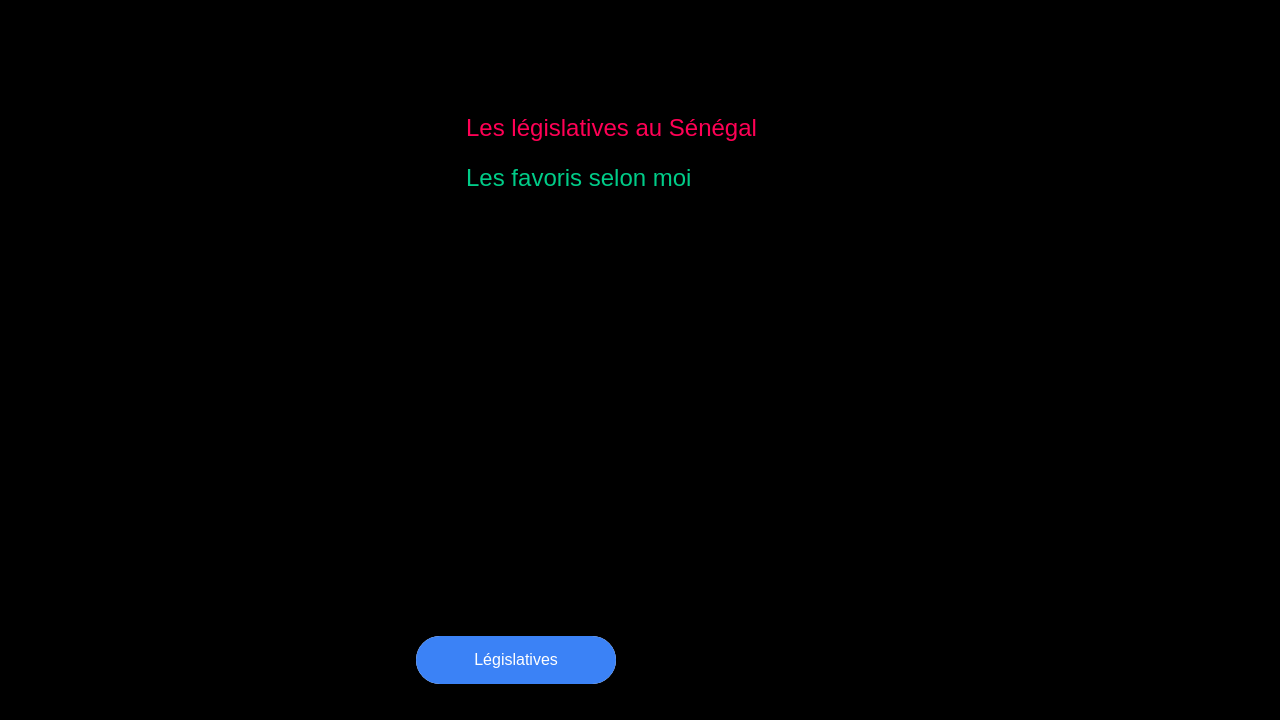
Repository: MDiouf9/legislatives
Page: /
These files come from the project's save history. The page is drawn as it stood at one moment and after the next save; the edit follows.
The browser window is 1280 px wide. The pictures show the whole page.
The project was rebuilt for these pictures with package versions that can differ from the ones it lists, and the page was loaded fresh each time. The framework's server and built-in components were replaced by stand-ins that run in the browser. Also part of the build but not shown: next.config.ts.

Above is the page before, as saved 2024-10-31 23:23:04.

### src/app/layout.tsx
import type { Metadata } from "next";
import localFont from "next/font/local";
import "./globals.css";


const geistSans = localFont({
  src: "./fonts/GeistVF.woff",
  variable: "--font-geist-sans",
  weight: "100 900",
});
const geistMono = localFont({
  src: "./fonts/GeistMonoVF.woff",
  variable: "--font-geist-mono",
  weight: "100 900",
});

export const metadata: Metadata = {
  title: "Legislatives 2024",
  description: " Pour mettre en avant les legislatives ",
};

export default function RootLayout({
  children,
}: Readonly<{
  children: React.ReactNode;
}>) {
  return (
    <html lang="en">
      <body
        className={`${geistSans.variable} ${geistMono.variable} antialiased`}
      >
        {children}
      </body>
    </html>
  );
}

### src/app/page.tsx
"use client"

import { div } from "framer-motion/client"
import { Boutton } from "./Composants/Boutton"
import Text from "./Composants/Text";


export default function Page() {
  return (


  <div className="flex justify-center items-center min-h-screen">

   <div className="max-w-md ">
     <Text/>

    <Boutton/>
   </div>

  </div>
   )
}

### src/app/globals.css
@tailwind base;
@tailwind components;
@tailwind utilities;

/* :root {
  --background: #ffffff;
  --foreground: #171717;
}

@media (prefers-color-scheme: dark) {
  :root {
    --background: #0a0a0a;
    --foreground: #ededed;
  }
} */

body {
  /* color: var(--foreground);*/
  background: black;
  font-family: Arial, Helvetica, sans-serif;
}

### src/app/Composants/Boutton.tsx
import React, { useState } from 'react';
import { AnimatePresence, motion } from 'framer-motion';
import { X } from 'lucide-react';

interface Logo {
  id: number;
  src: string;
  photo: string;
  shadowColor: string; // Ajout de la couleur d'ombre personnalisée
}

const logos: Logo[] = [
  {
    id: 1,
    src: '/pastef.jpg',
    photo: '/soko.jpg',
    shadowColor: 'rgba(59, 130, 246, 0.5)' // Bleu
  },
  {
    id: 2,
    src: '/jame.jpg',
    photo: '/amaba.jpg',
    shadowColor: 'rgba(16, 185, 129, 0.5)' // Vert
  },
  {
    id: 3,
    src: '/samekadu.jpg',
    photo: '/bandit.jpg',
    shadowColor: 'rgba(236, 72, 153, 0.5)' // Rose
  }
];

export const Boutton = () => {
  const [isRevealed, setIsRevealed] = useState(false);
  const [selectedLogo, setSelectedLogo] = useState<Logo | null>(null);

  const containerVariants = {
    initial: { width: '200px', borderRadius: '9999px' },
    revealed: { width: '100%', borderRadius: '16px', transition: { duration: 0.5, ease: 'easeInOut' } }
  };

  const logoVariants = {
    initial: { opacity: 0, x: -20 },
    revealed: { opacity: 1, x: 0, transition: { duration: 0.3 } }
  };

  const imageVariants = {
    initial: {
      opacity: 0,
      scale: 0.9,
      boxShadow: '0 0 0 rgba(0,0,0,0)'
    },
    revealed: {
      opacity: 1,
      scale: 1,
      boxShadow: '0 8px 32px', // L'ombre sera définie dynamiquement
      transition: {
        duration: 0.3,
        boxShadow: { duration: 0.4 }
      }
    },
    exit: {
      opacity: 0,
      scale: 0.9,
      boxShadow: '0 0 0 rgba(0,0,0,0)',
      transition: { duration: 0.2 }
    }
  };

  const toggleRevealed = () => {
    setIsRevealed(!isRevealed);
    setSelectedLogo(null);
  };

  const handleLogoClick = (logo: Logo) => {
    if (selectedLogo?.id === logo.id) {
      setSelectedLogo(null);
    } else {
      setSelectedLogo(logo);
    }
  };

  return (
    <div className="relative flex flex-col gap-4">
      <AnimatePresence mode="wait">
        {selectedLogo && (
          <motion.div
            key={selectedLogo.id}
            initial="initial"
            animate="revealed"
            exit="exit"
            variants={imageVariants}
            style={{
              boxShadow: `0 8px 32px ${selectedLogo.shadowColor}`
            }}
            className="w-full rounded-lg overflow-hidden"
          >
            <motion.img
              src={selectedLogo.photo}
              alt="Selected logo"
              className="w-full h-48 object-cover"
              layoutId={`photo-${selectedLogo.id}`}
            />
          </motion.div>
        )}
      </AnimatePresence>

      <motion.div
        className='bg-white shadow-lg rounded-full overflow-hidden'
        initial="initial"
        animate={isRevealed ? 'revealed' : 'initial'}
        variants={containerVariants}
      >
        {!isRevealed ? (
          <motion.button
            onClick={toggleRevealed}
            className="px-6 py-3 bg-blue-500 text-white w-full flex items-center justify-center"
            whileHover={{ scale: 1.05 }}
            whileTap={{ scale: 0.95 }}
          >
            Législatives
          </motion.button>
        ) : (
          <motion.div
            className='flex items-center space-x-4 p-4'
            initial="initial"
            animate="revealed"
            variants={logoVariants}
          >
            {logos.map((logo) => (
              <motion.div
                key={logo.id}
                onClick={() => handleLogoClick(logo)}
                className={`relative cursor-pointer transition-transform duration-200 ${
                  selectedLogo?.id === logo.id ? 'scale-110' : ''
                }`}
                whileHover={{ scale: 1.05 }}
                whileTap={{ scale: 0.95 }}
              >
                <motion.div
                  className="rounded-full"
                  style={{
                    boxShadow: selectedLogo?.id === logo.id
                      ? `0 0 12px ${logo.shadowColor}`
                      : 'none'
                  }}
                >
                  <img
                    src={logo.src}
                    alt="logo parties"
                    className='w-10 h-10 rounded-full object-cover'
                  />
                </motion.div>
              </motion.div>
            ))}
            <motion.button
              onClick={toggleRevealed}
              className="ml-auto bg-red-500 text-white p-2 rounded-full"
              whileHover={{ scale: 1.1 }}
              whileTap={{ scale: 0.95 }}
            >
              <X />
            </motion.button>
          </motion.div>
        )}
      </motion.div>
    </div>
  );
};

### src/app/Composants/Text.tsx
import React from "react";
import { motion, Variants } from "framer-motion";

// Définition des propriétés du composant AnimatedText
interface AnimatedTextProps {
  text: string;
  x: number;
  y: number;
  fontSize?: number;
  fill?: string;
  delay: number;
}

// Variants pour l'animation du texte
const drawText: Variants = {
  hidden: { opacity: 0 },
  visible: (custom: number) => ({
    opacity: 1,
    transition: {
      opacity: { delay: custom, duration: 0.5 },
    },
  }),
};

// Composant AnimatedText avec les props typées
const AnimatedText: React.FC<AnimatedTextProps> = ({ text, x, y, fontSize = 24, fill = "#000", delay }) => (
  <motion.text
    x={x}
    y={y}
    fontSize={fontSize}
    fill={fill}
    variants={drawText}
    custom={delay}
    initial="hidden"
    animate="visible"
  >
    {text}
  </motion.text>
);

// Composant principal Text
const Text: React.FC = () => {
  return (
    <motion.svg
      width="600"
      height="600"
      viewBox="0 0 600 600"
      initial="hidden"
      animate="visible"
    >
      {/* Texte animé : "Les législatives au Sénégal" */}
      <AnimatedText
        text="Les législatives au Sénégal"
        x={50}
        y={100}
        fontSize={24}
        fill="#ff0055"
        delay={1}
      />

      {/* Texte animé : "Les favoris selon moi" */}
      <AnimatedText
        text="Les favoris selon moi"
        x={50}
        y={150}
        fontSize={24}
        fill="#00cc88"
        delay={1.5}
      />
    </motion.svg>
  );
};

export default Text;

Loaded but not shown: tailwind.config.ts (common file)

After the next save:
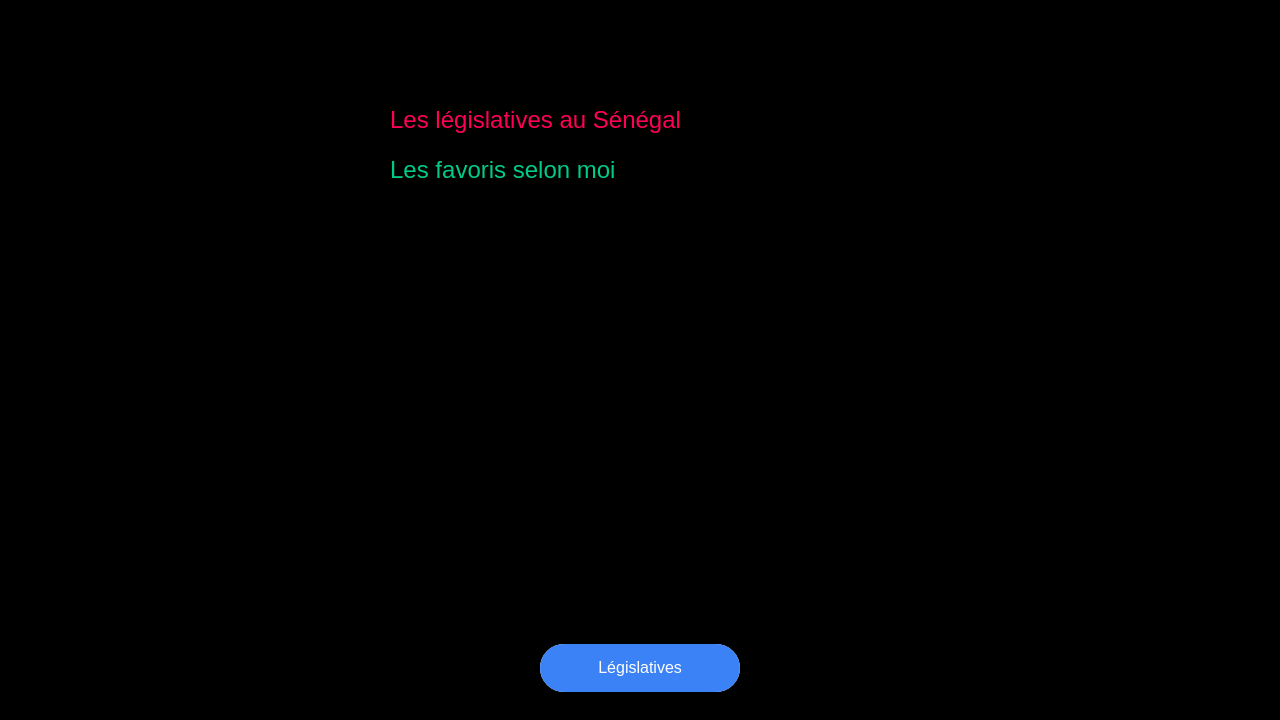
Saved 90 s later.
--- a/src/app/page.tsx
+++ b/src/app/page.tsx
@@ -9,14 +9,12 @@ export default function Page() {
   return (
 
 
-  <div className="flex justify-center items-center min-h-screen">
+<div className="flex justify-center items-center min-h-screen">
+  <div className="max-w-md flex flex-col items-center space-y-4">
+    <Text />
+    <Boutton />
+  </div>
+</div>
 
-   <div className="max-w-md ">
-     <Text/>
-
-    <Boutton/>
-   </div>
-
-  </div>
    )
 }
